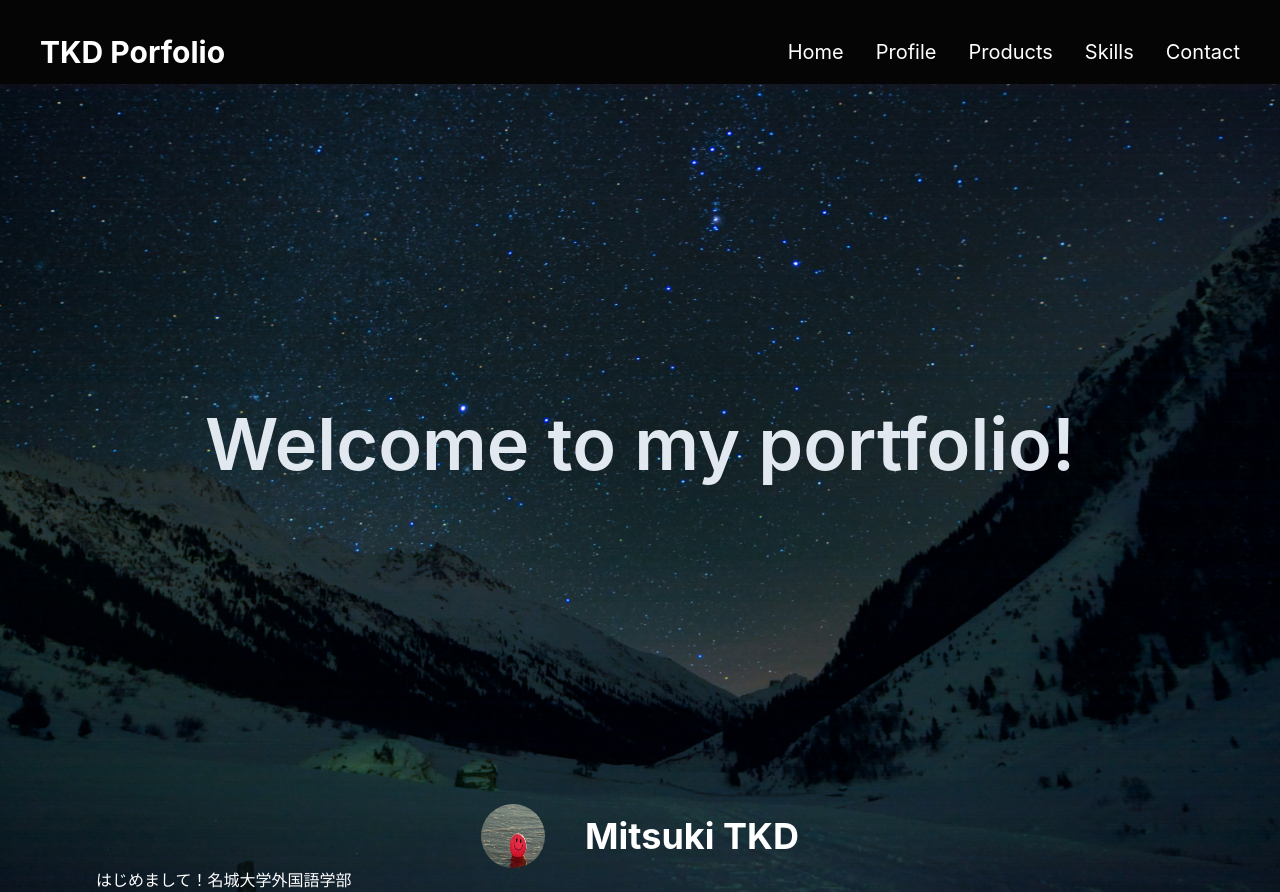
Repository: MitukiTakada/todo-aplication
Page: / (app in design/dev/react-tailwind/react-tailwind/)
An editor plug-in stored every save of this project. The page is shown before and after a run of saves, followed by the edit.
The browser window is 1280 px wide. The pictures show the whole page.
The project was rebuilt for these pictures with package versions that can differ from the ones it lists, and the page was loaded fresh each time. Also part of the build but not shown: design/dev/react-tailwind/react-tailwind/src/components/Contact.jsx, design/dev/react-tailwind/react-tailwind/src/components/Products.jsx, design/dev/react-tailwind/react-tailwind/src/components/Profile.jsx, design/dev/react-tailwind/react-tailwind/src/components/Skills.jsx.

Above is the page before, as saved 2022-11-19 15:05:03.

After the next 4 saves:
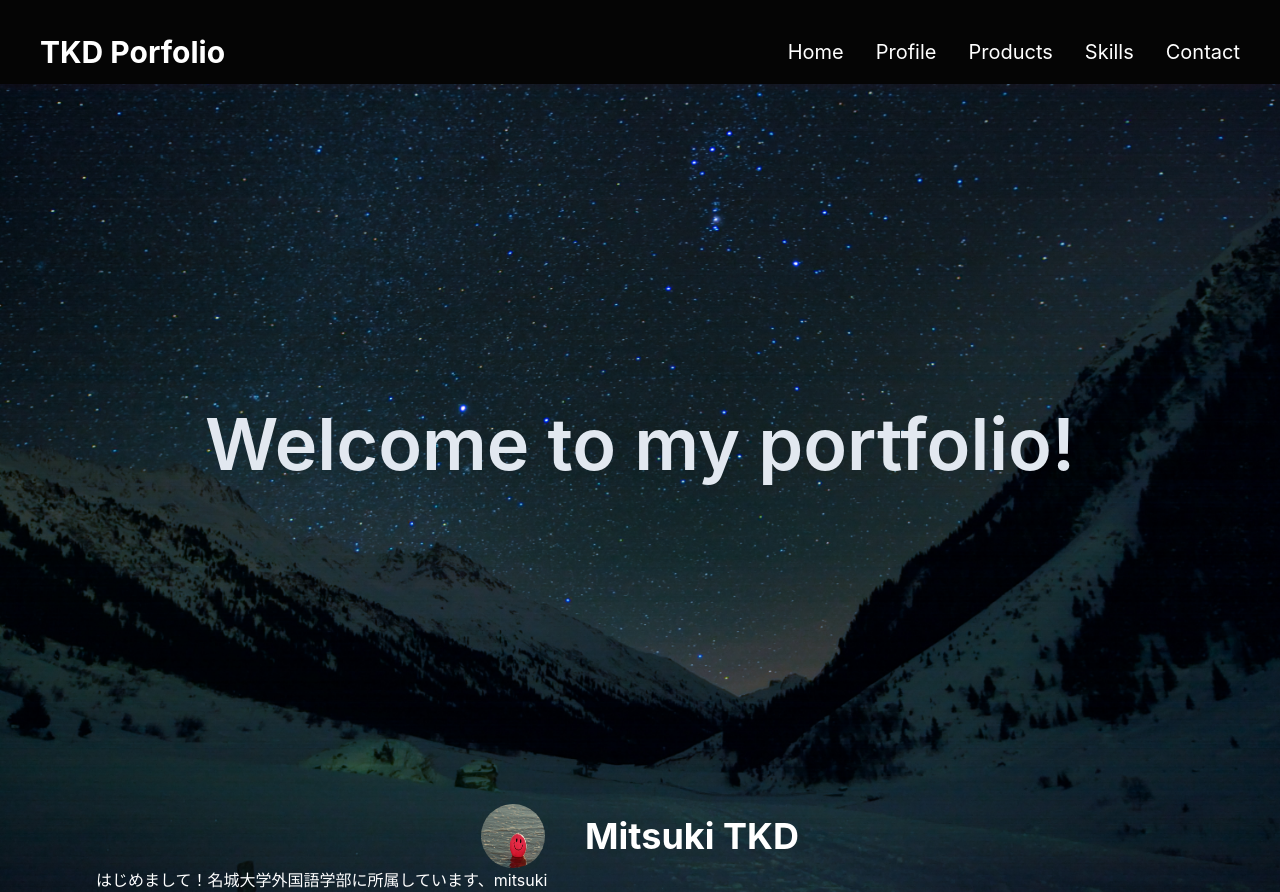
The 4 saves are shown as one change because they came seconds apart.
The last was saved 11 s later.
--- a/design/dev/react-tailwind/react-tailwind/src/components/Home.jsx
+++ b/design/dev/react-tailwind/react-tailwind/src/components/Home.jsx
@@ -16,7 +16,7 @@ const Home = () => {
         </div>
         <div>
           <p>
-            はじめまして！名城大学外国語学部
+            はじめまして！名城大学外国語学部に所属しています、mitsuki
           </p>
           <p></p>
           <p></p>
